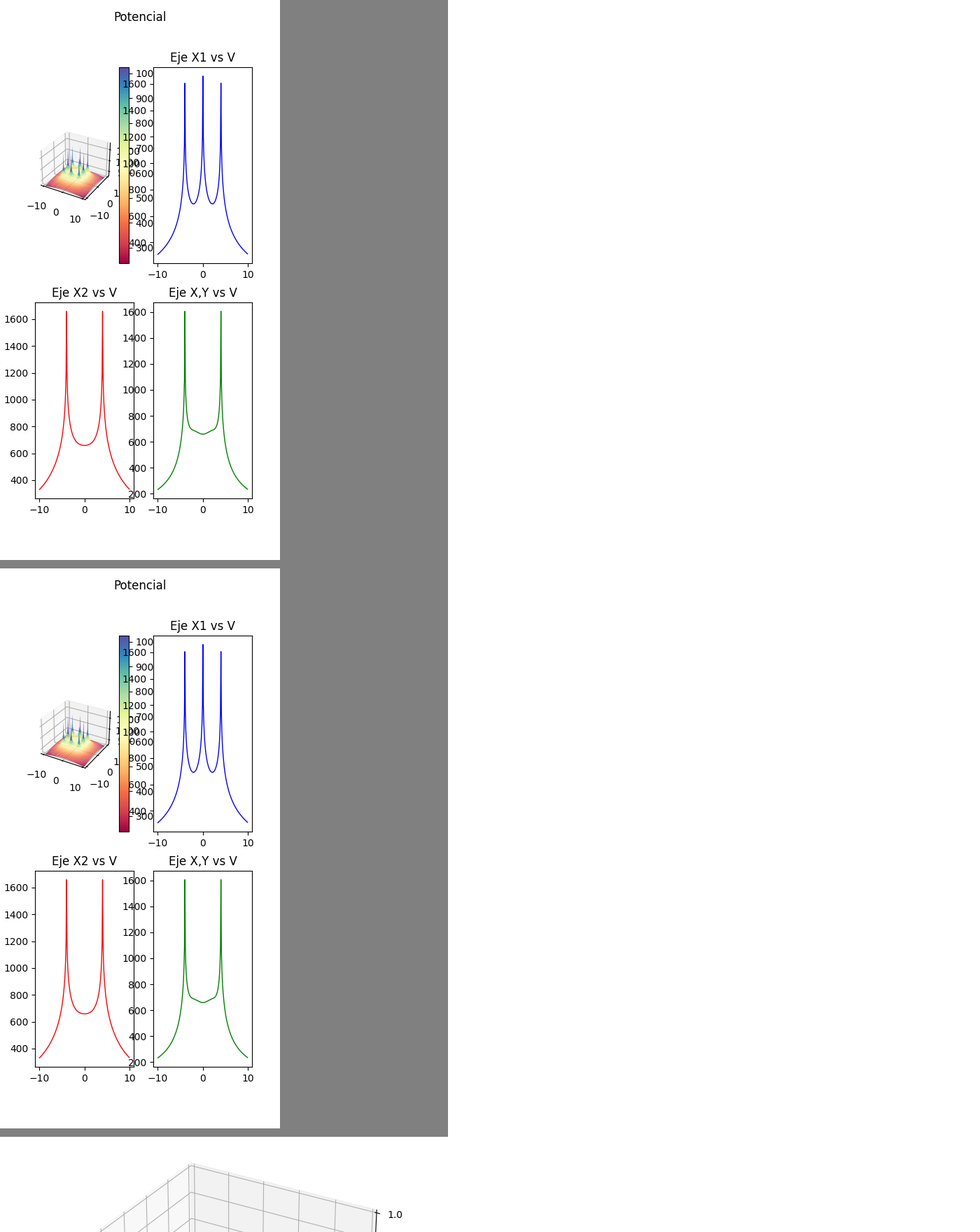
Repository: Jaamunozr/Archivos-python
Script's output: python Archivos Python/Graficas/TRABAJO_SPT_v3.py
These files come from the project's save history. The script's output is drawn as it stood at one moment and after the next save; the edit follows.
The pictures show rows 0 to 1760 of an output 2916 px tall, at 70% of full size.
Each picture stacks the figures in order, with grey between them; figures that are only written to a file come last. Figures wider than 1,400 px are first shrunk to that width. Animations are shown at an early frame. Random numbers start from a fixed seed.

Above is the script's output before, as saved 2020-02-23 20:41:13.

After the next save:
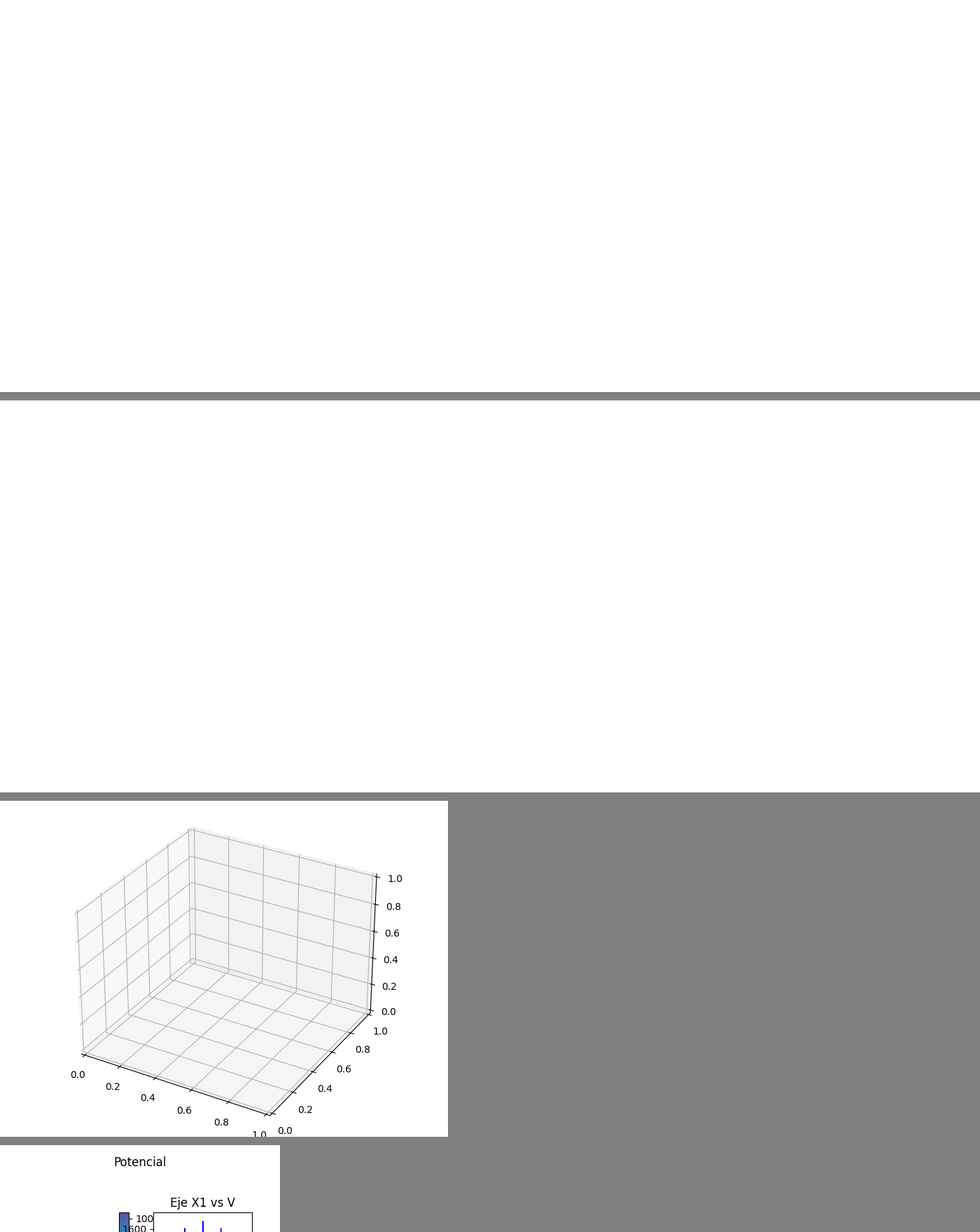
Saved 3 min 40 s later.
--- a/Archivos Python/Graficas/TRABAJO_SPT_v3.py
+++ b/Archivos Python/Graficas/TRABAJO_SPT_v3.py
@@ -151,6 +151,7 @@ ax3.title.set_text('Eje X,Y vs V')
 #ax3.plot(x1, Vxa, color="blue", linewidth=1.0, linestyle="-")
 #ax3.plot(x1, Vxb, color="red", linewidth=1.0, linestyle="-")
 ax3.plot(x1, Vxy, color="green", linewidth=1.0, linestyle="-")
+plt.figure(figsize=(15,6))
 plt.pause(1)
 pl.savefig('tierras.pdf')
 pl.savefig('tierras.png')
